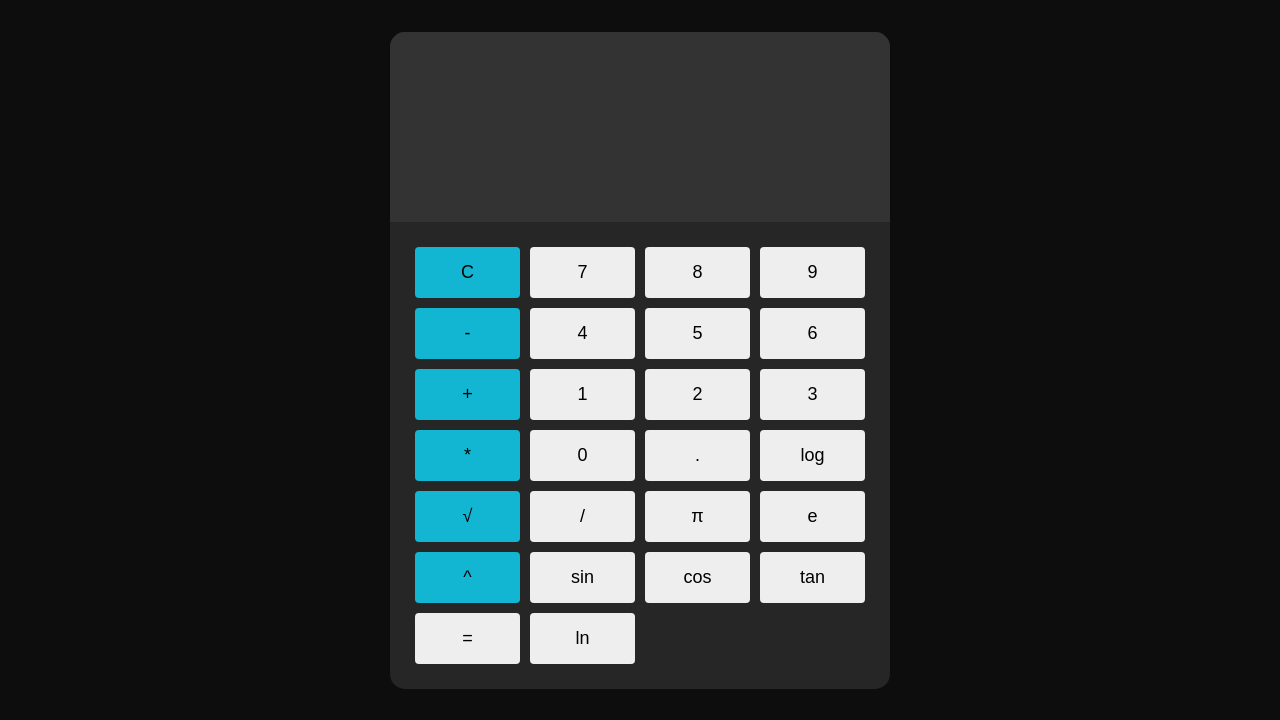
Repository: Haakim19/JavaScript
Page: Calculater/Main.html
The author's editor kept a copy of each file at every save. The page is drawn from the files as they stood at one save, then again after the next save.
The browser window is 1280 px wide. The pictures show the whole page.

Above is the page before, as saved 2024-10-23 10:31:47.

### Calculater/Main.html
<!DOCTYPE html>
<html lang="en">
<head>
    <meta charset="UTF-8">
    <meta name="viewport" content="width=device-width, initial-scale=1.0">
    <title>Calculator</title>
    <link rel="stylesheet" href="Main.css">
</head>
<body>
    <div id="calculator">
        <div id="calculator-normal">
            <input id= "display1" readonly>
            <input id="display2" readonly>
            <div id="keys">
                <button onclick="clearDisplay()" class="operator-btn">C</button>
                <button onclick="appentToDisplay('7')">7</button>
                <button onclick="appentToDisplay('8')">8</button>
                <button onclick="appentToDisplay('9')">9</button>
                <button onclick="appentToDisplay('-')" class="operator-btn">-</button>
                <button onclick="appentToDisplay('4')">4</button>
                <button onclick="appentToDisplay('5')">5</button>
                <button onclick="appentToDisplay('6')">6</button>
                <button onclick="appentToDisplay('+')" class="operator-btn">+</button>
                <button onclick="appentToDisplay('1')">1</button>
                <button onclick="appentToDisplay('2')">2</button>
                <button onclick="appentToDisplay('3')">3</button>
                <button onclick="appentToDisplay('*')" class="operator-btn">*</button>
                <button onclick="appentToDisplay('0')">0</button>
                <button onclick="appentToDisplay('.')" >.</button>
                <button onclick="appentToDisplay('Math.log10()')" >log</button>
                <button onclick="appentToDisplay('Math.sqrt()')" class="operator-btn">√</button>
                <button onclick="appentToDisplay('/')">/</button>
                <button onclick="appendToDisplay('Math.PI()')">π</button>
                <button onclick="appentToDisplay('Math.e()')">e</button>
                <button onclick="appendToDisplay('**')" class="operator-btn">^</button>
                <button onclick="appentToDisplay('Math.sin()')">sin</button>
                <button onclick="appentToDisplay('Math.cos()')">cos</button>
                <button onclick="appentToDisplay('Math.tan()')">tan</button>
                <button onclick="calculate()" >=</button>
                <button onclick="appentToDisplay('Math.log()')">ln</button>
            </div>
        </div>

    </div>
<script src="Main.js"></script>
</body>
</html>

### Calculater/Main.css
body{
    margin: 0;
    display: flex;
    justify-content: center;
    align-items: center;
    height: 100vh;
    background-color: hsl(0,0%, 5%);

}
#calculate{
    font-family:sans-serif;
}
#calculator-normal{
    background-color: hsl(0, 0%, 15%);
    border-radius: 15px;
    max-width: 500px;
    overflow: hidden;
}

#display1{
    width: 100%;
    padding: 20px;
    font-size: 1rem;
    border: none;
    text-align: left;
    padding-right: -15px;
    color: white;
    background-color: hsl(0, 0%, 20%);

}
#display2{
    width: 100%;
    padding: 20px;
    font-size: 5rem;
    border: none;
    text-align: left;
    padding-right: -15px;
    color: white;
    background-color: hsl(0, 0%, 20%);

}
#keys{
    display: grid;
    grid-template-columns: repeat(4, 1fr);
    gap: 10px;
    padding: 25px;
}
/* #keys-normal{
    width: 80px;
    height: 60px;
    color: white;
    border-radius: 50px;
    border: none;
    font-size: 3rem;
    background-color: hsl(0, 0%, 30%);
    font-weight: bold;
    cursor: pointer;
} */
/* button{
    width: 80px;
    height: 60px;
    color: white;
    border-radius: 50px;
    border: none;
    font-size: 3rem;
    background-color: hsl(0, 0%, 30%);
    font-weight: bold;
    cursor: pointer;
} */
button{
    width: 100%;
    padding: 15px;
    font-size: 18px;
    border: none;
    border-radius: 4px;
    background-color: #eee;
    cursor: pointer;
    transition: background-color 0.3s;
}

button:hover{
    background-color: hsl(0, 0%, 40%);
}

button:active{
    background-color: hsl(0, 0%, 50%);
}

.operator-btn{
    background-color: hsl(189, 84%, 45%);
}

.operator-btn:hover{
    background-color: hsl(189, 84%, 65%);
}

.operator-btn:active{
    background-color: hsl(189, 84%, 75%);
}

### Calculater/Main.js
const display1 = document.getElementById('display1');
const display2 = document.getElementById('display2');

function appentToDisplay(input){
    display2.value += input;
}
function clearDisplay(){
    display1.value = '';
    display2.value = '';
}
function calculate(){
    try{
        display1.value = eval(display2.value);}
    catch{
        display2.value = 'Error';
    }

}

After the next save:
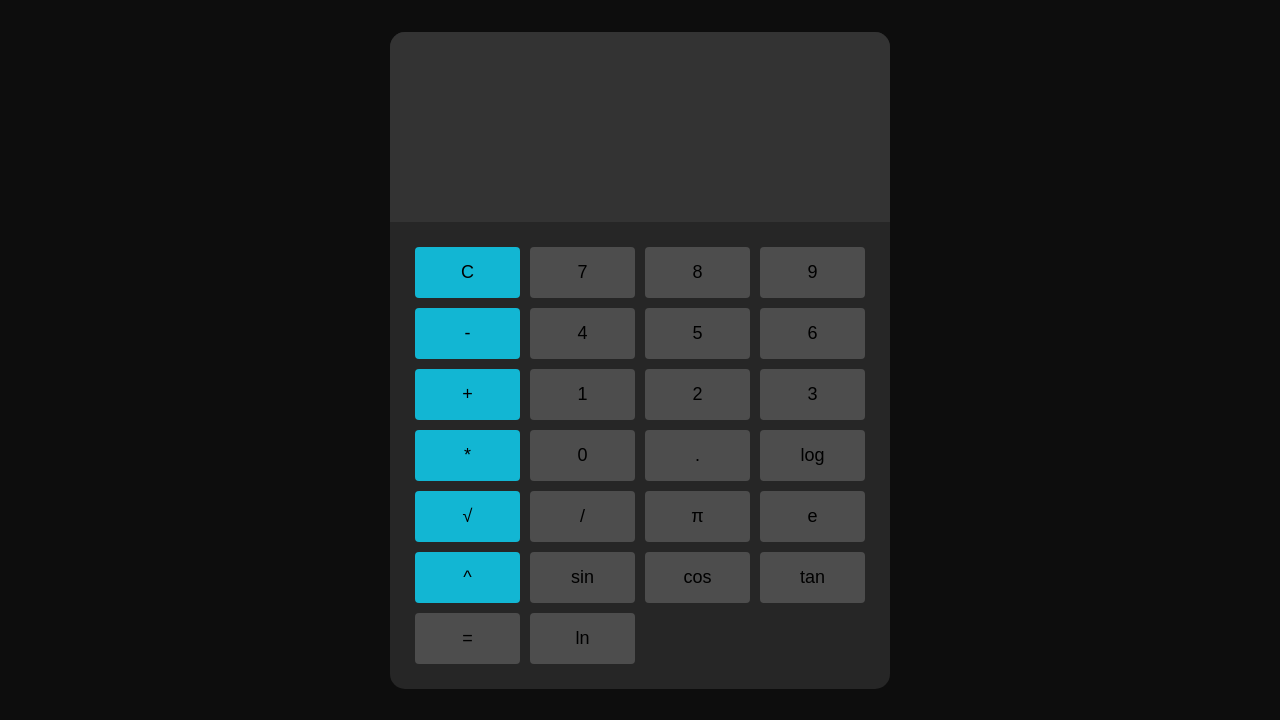
Saved 54 s later.
--- a/Calculater/Main.css
+++ b/Calculater/Main.css
@@ -73,7 +73,7 @@ button{
     font-size: 18px;
     border: none;
     border-radius: 4px;
-    background-color: #eee;
+    background-color: hsl(0, 0%, 30%);
     cursor: pointer;
     transition: background-color 0.3s;
 }
